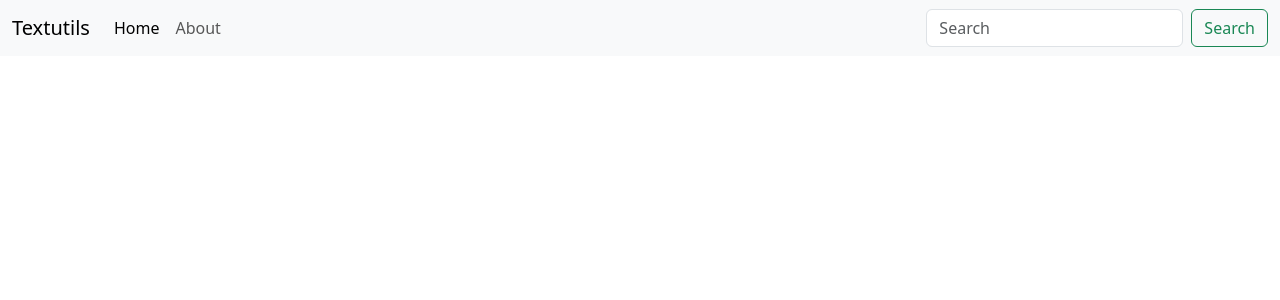
Repository: Rohit-foryou/Text-Utils
Page: /
These files come from the project's save history. The page is drawn as it stood at one moment and after the next save; the edit follows.
The browser window is 1280 px wide. The pictures show the whole page.
The project was rebuilt for these pictures with package versions that can differ from the ones it lists, and the page was loaded fresh each time. Also part of the build but not shown: src/index.css, src/App.css.

Above is the page before, as saved 2023-12-20 20:11:00.

After the next save:
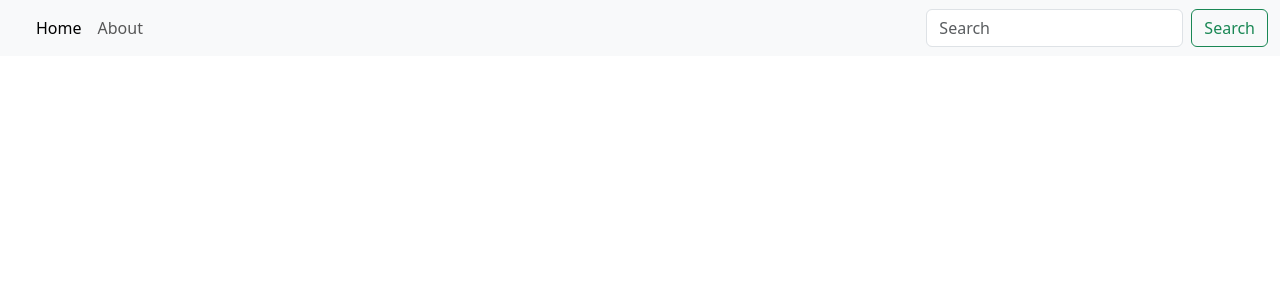
Saved 100 s later.
--- a/src/components/Navbar.js
+++ b/src/components/Navbar.js
@@ -1,10 +1,10 @@
 import React from 'react'
 
-export default function Navbar() {
+export default function Navbar(props) {
   return (
     <nav className="navbar navbar-expand-lg bg-body-tertiary">
         <div className="container-fluid">
-          <a className="navbar-brand" href="/">Textutils</a>
+          <a className="navbar-brand" href="/">{props.title}</a>
           <button className="navbar-toggler" type="button" data-bs-toggle="collapse" data-bs-target="#navbarSupportedContent" aria-controls="navbarSupportedContent" aria-expanded="false" aria-label="Toggle navigation">
             <span className="navbar-toggler-icon"></span>
           </button>
